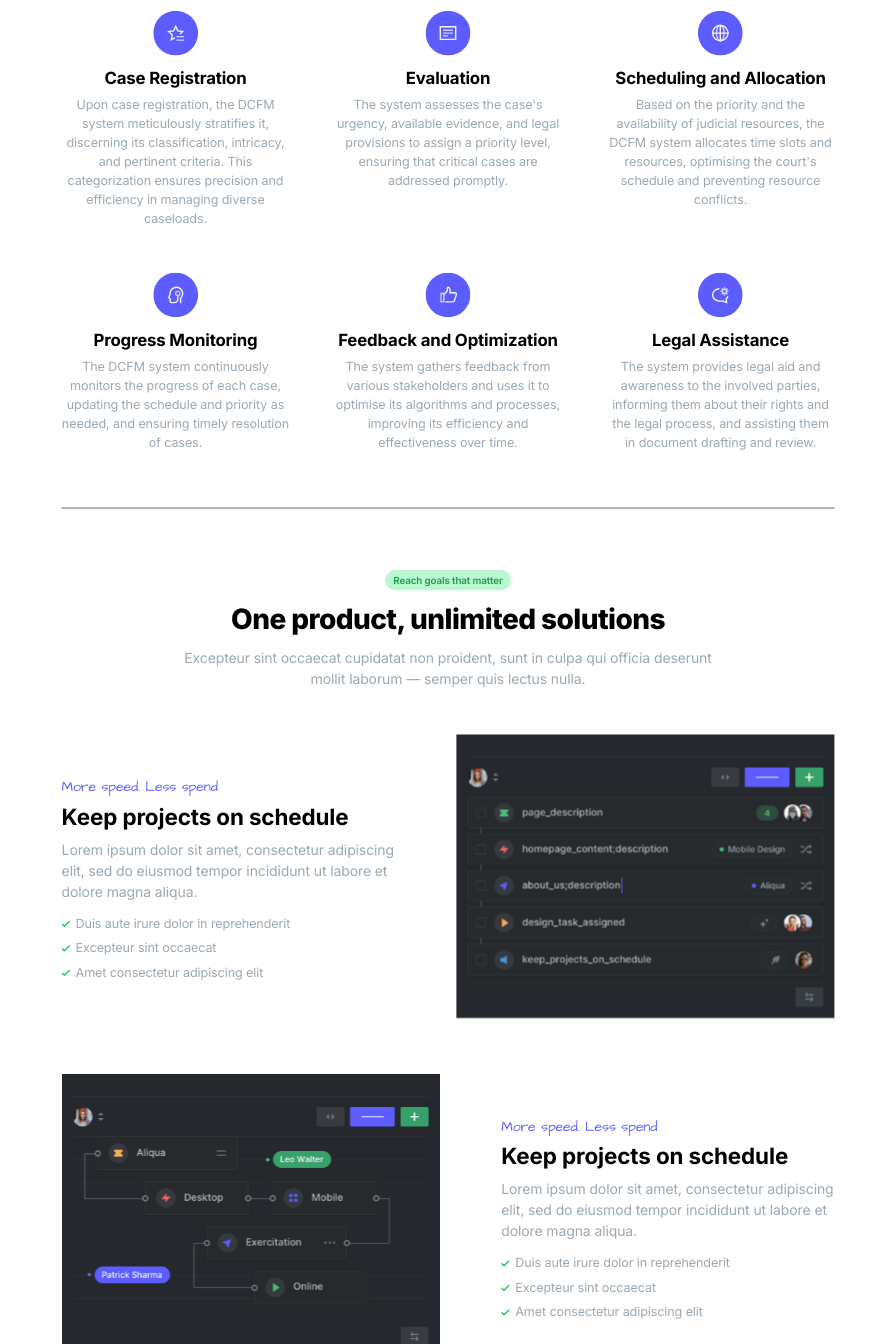
Repository: xoshiraghavx/SIH-23
Page: /
The author's editor kept a copy of each file at every save. The page is drawn from the files as they stood at one save, then again after a run of saves.
The browser window is 1280 px wide. The pictures show the part of the page from y = 1476 to 3396 px (the page is 5251 px tall before and 5224 px after), at 70% of full size.
The project was rebuilt for these pictures with package versions that can differ from the ones it lists, and the page was loaded fresh each time. The framework's server and built-in components were replaced by stand-ins that run in the browser. Also part of the build but not shown: next.config.js.

Above is the page before, as saved 2023-09-29 11:16:19.

### app/layout.tsx
import './css/style.css'

import { Inter, Architects_Daughter } from 'next/font/google'

import Header from '@/components/ui/header'
import Banner from '@/components/banner'

const inter = Inter({
  subsets: ['latin'],
  variable: '--font-inter',
  display: 'swap'
})

const architects_daughter = Architects_Daughter({
  subsets: ['latin'],
  variable: '--font-architects-daughter',
  weight: '400',
  display: 'swap'
})

export const metadata = {
  title: 'Create Next App',
  description: 'Generated by create next app',
}

export default function RootLayout({
  children,
}: {
  children: React.ReactNode
}) {
  return (
    <html lang="en">
      <body className={`${inter.variable} ${architects_daughter.variable} font-inter antialiased bg-white text-black tracking-tight`}>
        <div className="flex flex-col min-h-screen overflow-hidden">
          <Header />
          {children}
          <Banner />
        </div>
      </body>
    </html>
  )
}

### components/ui/header.tsx
import Link from 'next/link'
import MobileMenu from './mobile-menu'

export default function Header() {
  return (
    <header className="absolute w-full z-30">
      <div className="max-w-6xl mx-auto px-4 sm:px-6">
        <div className="flex items-center justify-between h-20">
          {/* Site branding */}
          <div className="shrink-0 mr-4">
            {/* Logo */}
            <Link href="/" className="block" aria-label="Cruip">
              <svg className="w-8 h-8 fill-current text-blue" viewBox="0 0 32 32" xmlns="http://www.w3.org/2000/svg">
                <path d="M31.952 14.751a260.51 260.51 0 00-4.359-4.407C23.932 6.734 20.16 3.182 16.171 0c1.634.017 3.21.28 4.692.751 3.487 3.114 6.846 6.398 10.163 9.737.493 1.346.811 2.776.926 4.262zm-1.388 7.883c-2.496-2.597-5.051-5.12-7.737-7.471-3.706-3.246-10.693-9.81-15.736-7.418-4.552 2.158-4.717 10.543-4.96 16.238A15.926 15.926 0 010 16C0 9.799 3.528 4.421 8.686 1.766c1.82.593 3.593 1.675 5.038 2.587 6.569 4.14 12.29 9.71 17.792 15.57-.237.94-.557 1.846-.952 2.711zm-4.505 5.81a56.161 56.161 0 00-1.007-.823c-2.574-2.054-6.087-4.805-9.394-4.044-3.022.695-4.264 4.267-4.97 7.52a15.945 15.945 0 01-3.665-1.85c.366-3.242.89-6.675 2.405-9.364 2.315-4.107 6.287-3.072 9.613-1.132 3.36 1.96 6.417 4.572 9.313 7.417a16.097 16.097 0 01-2.295 2.275z" />
              </svg>
            </Link>
          </div>

          {/* Desktop navigation */}
          <nav className="hidden md:flex md:grow">
            {/* Desktop sign in links */}
            <ul className="flex grow justify-end flex-wrap items-center">
              <li>
                <Link
                  href="/signin"
                  className="font-medium text-[#046A38] px-4 py-3 flex items-center transition duration-150 ease-in-out"
                >
                  Sign in
                </Link>
              </li>
              <li>
                <Link href="/signup" className="btn-sm text-white bg-[#FF671F] hover:bg-[#046A38] ml-3">
                  Sign up
                </Link>
              </li>
            </ul>
          </nav>

          <MobileMenu />

        </div>
      </div>
    </header>
  )
}

### components/banner.tsx
'use client'

import { useState } from 'react'

export default function Banner() {
  const [bannerOpen, setBannerOpen] = useState<boolean>(true)

  return (
    <>
      {bannerOpen && (
        <div className="fixed bottom-0 right-0 w-full md:bottom-8 md:right-12 md:w-auto z-50">
          <div className="bg-slate-800 text-slate-50 text-sm p-3 md:rounded shadow-lg flex justify-between">
            <div className="text-slate-500 inline-flex">
              <a
                className="font-medium hover:underline text-slate-50"
                href="https://github.com/cruip/open-react-template"
                target="_blank"
                rel="noreferrer"
              >
                Download<span className="hidden sm:inline"> on GitHub</span>
              </a>{' '}
              <span className="italic px-1.5">or</span>{' '}
              <a className="font-medium hover:underline text-emerald-400" href="https://cruip.com/open-pro/" target="_blank" rel="noreferrer">
                Check Premium Version
              </a>
            </div>
            <button className="text-slate-500 hover:text-slate-400 pl-2 ml-3 border-l border-gray-700" onClick={() => setBannerOpen(false)}>
              <span className="sr-only">Close</span>
              <svg className="w-4 h-4 shrink-0 fill-current" viewBox="0 0 16 16">
                <path d="M12.72 3.293a1 1 0 00-1.415 0L8.012 6.586 4.72 3.293a1 1 0 00-1.414 1.414L6.598 8l-3.293 3.293a1 1 0 101.414 1.414l3.293-3.293 3.293 3.293a1 1 0 001.414-1.414L9.426 8l3.293-3.293a1 1 0 000-1.414z" />
              </svg>
            </button>
          </div>
        </div>
      )}
    </>
  )
}

### components/features.tsx
export default function Features() {
  return (
    <section>
      <div className="max-w-6xl mx-auto px-4 sm:px-6">
        <div className="py-12 md:py-20">

          {/* Section header */}
          <div className="max-w-3xl mx-auto text-center pb-12 md:pb-20">
            <h2 className="h2 mb-4">The majority our customers do not understand their workflows.</h2>
            <p className="text-xl text-gray-400">Excepteur sint occaecat cupidatat non proident, sunt in culpa qui officia deserunt mollit anim id est laborum.</p>
          </div>

          {/* Items */}
          <div className="max-w-sm mx-auto grid gap-8 md:grid-cols-2 lg:grid-cols-3 lg:gap-16 items-start md:max-w-2xl lg:max-w-none" data-aos-id-blocks>

            {/* 1st item */}
            <div className="relative flex flex-col items-center" data-aos="fade-up" data-aos-anchor="[data-aos-id-blocks]">
              <svg className="w-16 h-16 mb-4" viewBox="0 0 64 64" xmlns="http://www.w3.org/2000/svg">
                <rect className="fill-current text-purple-600" width="64" height="64" rx="32" />
                <path className="stroke-current text-purple-100" d="M30 39.313l-4.18 2.197L27 34.628l-5-4.874 6.91-1.004L32 22.49l3.09 6.26L42 29.754l-3 2.924" strokeLinecap="square" strokeWidth="2" fill="none" fillRule="evenodd" />
                <path className="stroke-current text-purple-300" d="M43 42h-9M43 37h-9" strokeLinecap="square" strokeWidth="2" />
              </svg>
              <h4 className="h4 mb-2">Case Registration</h4>
              <p className="text-lg text-gray-400 text-center">Upon case registration, the DCFM system meticulously stratifies it, discerning its classification, intricacy, and pertinent criteria. This categorization ensures precision and efficiency in managing diverse caseloads.</p>
            </div>

            {/* 2nd item */}
            <div className="relative flex flex-col items-center" data-aos="fade-up" data-aos-delay="100" data-aos-anchor="[data-aos-id-blocks]">
              <svg className="w-16 h-16 mb-4" viewBox="0 0 64 64" xmlns="http://www.w3.org/2000/svg">
                <circle className="fill-current text-purple-600" cx="32" cy="32" r="32" />
                <path className="stroke-current text-purple-100" strokeWidth="2" strokeLinecap="square" d="M21 23h22v18H21z" fill="none" fillRule="evenodd" />
                <path className="stroke-current text-purple-300" d="M26 28h12M26 32h12M26 36h5" strokeWidth="2" strokeLinecap="square" />
              </svg>
              <h4 className="h4 mb-2">Evaluation</h4>
              <p className="text-lg text-gray-400 text-center">The system assesses the case's urgency, available evidence, and legal provisions to assign a priority level, ensuring that critical cases are addressed promptly.</p>
            </div>

            {/* 3rd item */}
            <div className="relative flex flex-col items-center" data-aos="fade-up" data-aos-delay="200" data-aos-anchor="[data-aos-id-blocks]">
              <svg className="w-16 h-16 mb-4" viewBox="0 0 64 64" xmlns="http://www.w3.org/2000/svg">
                <rect className="fill-current text-purple-600" width="64" height="64" rx="32" />
                <g transform="translate(21 21)" strokeLinecap="square" strokeWidth="2" fill="none" fillRule="evenodd">
                  <ellipse className="stroke-current text-purple-300" cx="11" cy="11" rx="5.5" ry="11" />
                  <path className="stroke-current text-purple-100" d="M11 0v22M0 11h22" />
                  <circle className="stroke-current text-purple-100" cx="11" cy="11" r="11" />
                </g>
              </svg>
              <h4 className="h4 mb-2">Scheduling and Allocation</h4>
              <p className="text-lg text-gray-400 text-center">Based on the priority and the availability of judicial resources, the DCFM system allocates time slots and resources, optimising the court's schedule and preventing resource conflicts.</p>
            </div>

            {/* 4th item */}
            <div className="relative flex flex-col items-center" data-aos="fade-up" data-aos-delay="300" data-aos-anchor="[data-aos-id-blocks]">
              <svg className="w-16 h-16 mb-4" viewBox="0 0 64 64" xmlns="http://www.w3.org/2000/svg">
                <rect className="fill-current text-purple-600" width="64" height="64" rx="32" />
                <g transform="translate(22 21)" strokeLinecap="square" strokeWidth="2" fill="none" fillRule="evenodd">
                  <path className="stroke-current text-purple-100" d="M17 22v-6.3a8.97 8.97 0 003-6.569A9.1 9.1 0 0011.262 0 9 9 0 002 9v1l-2 5 2 1v4a2 2 0 002 2h4a5 5 0 005-5v-5" />
                  <circle className="stroke-current text-purple-300" cx="13" cy="9" r="3" />
                </g>
              </svg>
              <h4 className="h4 mb-2">Progress Monitoring</h4>
              <p className="text-lg text-gray-400 text-center">The DCFM system continuously monitors the progress of each case, updating the schedule and priority as needed, and ensuring timely resolution of cases.</p>
            </div>

            {/* 5th item */}
            <div className="relative flex flex-col items-center" data-aos="fade-up" data-aos-delay="400" data-aos-anchor="[data-aos-id-blocks]">
              <svg className="w-16 h-16 mb-4" viewBox="0 0 64 64" xmlns="http://www.w3.org/2000/svg">
                <rect className="fill-current text-purple-600" width="64" height="64" rx="32" />
                <g strokeLinecap="square" strokeWidth="2" fill="none" fillRule="evenodd">
                  <path className="stroke-current text-purple-100" d="M29 42h10.229a2 2 0 001.912-1.412l2.769-9A2 2 0 0042 29h-7v-4c0-2.373-1.251-3.494-2.764-3.86a1.006 1.006 0 00-1.236.979V26l-5 6" />
                  <path className="stroke-current text-purple-300" d="M22 30h4v12h-4z" />
                </g>
              </svg>
              <h4 className="h4 mb-2">Feedback and Optimization</h4>
              <p className="text-lg text-gray-400 text-center">The system gathers feedback from various stakeholders and uses it to optimise its algorithms and processes, improving its efficiency and effectiveness over time.</p>
            </div>

            {/* 6th item */}
            <div className="relative flex flex-col items-center" data-aos="fade-up" data-aos-delay="500" data-aos-anchor="[data-aos-id-blocks]">
              <svg className="w-16 h-16 mb-4" viewBox="0 0 64 64" xmlns="http://www.w3.org/2000/svg">
                <rect className="fill-current text-purple-600" width="64" height="64" rx="32" />
                <g transform="translate(21 22)" strokeLinecap="square" strokeWidth="2" fill="none" fillRule="evenodd">
                  <path className="stroke-current text-purple-300" d="M17 2V0M19.121 2.879l1.415-1.415M20 5h2M19.121 7.121l1.415 1.415M17 8v2M14.879 7.121l-1.415 1.415M14 5h-2M14.879 2.879l-1.415-1.415" />
                  <circle className="stroke-current text-purple-300" cx="17" cy="5" r="3" />
                  <path className="stroke-current text-purple-100" d="M8.86 1.18C3.8 1.988 0 5.6 0 10c0 5 4.9 9 11 9a10.55 10.55 0 003.1-.4L20 21l-.6-5.2a9.125 9.125 0 001.991-2.948" />
                </g>
              </svg>
              <h4 className="h4 mb-2">Legal Assistance</h4>
              <p className="text-lg text-gray-400 text-center">The system provides legal aid and awareness to the involved parties, informing them about their rights and the legal process, and assisting them in document drafting and review.</p>
            </div>

          </div>

        </div>
      </div>
    </section>
  )
}

### app/css/additional-styles/utility-patterns.css
/* Typography */
.h1 {
    @apply text-4xl font-extrabold leading-tight tracking-tighter;
}

.h2 {
    @apply text-3xl font-extrabold leading-tight tracking-tighter;
}

.h3 {
    @apply text-3xl font-bold leading-tight;
}

.h4 {
    @apply text-2xl font-bold leading-snug tracking-tight;
}

@screen md {
    .h1 {
        @apply text-5xl;
    }

    .h2 {
        @apply text-4xl;
    }
}

/* Buttons */
.btn,
.btn-sm {
    @apply font-medium inline-flex items-center justify-center border border-transparent rounded-sm leading-snug transition duration-150 ease-in-out;
}

.btn {
    @apply px-8 py-3;
}

.btn-sm {
    @apply px-4 py-2;
}

/* Forms */
.form-input,
.form-textarea,
.form-multiselect,
.form-select,
.form-checkbox,
.form-radio {
    @apply bg-transparent border border-gray-700 focus:border-gray-500;
}

.form-input,
.form-textarea,
.form-multiselect,
.form-select,
.form-checkbox {
    @apply rounded-sm;
}

.form-input,
.form-textarea,
.form-multiselect,
.form-select {
    @apply py-3 px-4;
}

.form-input,
.form-textarea {
    @apply placeholder-gray-500;
}

.form-select {
    @apply pr-10;
}

.form-checkbox,
.form-radio {
    @apply text-purple-600;
}

### app/css/additional-styles/range-slider.css
/* Range slider */
:root {
    --range-thumb-size: 36px;
}

input[type=range] {
    appearance: none;
    background: #ccc;
    border-radius: 3px;
    height: 6px;
    margin-top: (--range-thumb-size - 6px) * 0.5;
    margin-bottom: (--range-thumb-size - 6px) * 0.5;
    --thumb-size: #{--range-thumb-size};
}

input[type=range]::-webkit-slider-thumb {
    appearance: none;
    -webkit-appearance: none;
    background-color: #000;
    background-image: url("data:[embedded picture, 172 characters]");
    background-position: center;
    background-repeat: no-repeat;
    border: 0;
    border-radius: 50%;
    cursor: pointer;
    height: --range-thumb-size;
    width: --range-thumb-size;
}

input[type=range]::-moz-range-thumb {
    background-color: #000;
    background-image: url("data:[embedded picture, 172 characters]");
    background-position: center;
    background-repeat: no-repeat;
    border: 0;
    border: none;
    border-radius: 50%;
    cursor: pointer;
    height: --range-thumb-size;
    width: --range-thumb-size;
}

input[type=range]::-ms-thumb {
    background-color: #000;
    background-image: url("data:[embedded picture, 172 characters]");
    background-position: center;
    background-repeat: no-repeat;
    border: 0;
    border-radius: 50%;
    cursor: pointer;
    height: --range-thumb-size;
    width: --range-thumb-size;
}

input[type=range]::-moz-focus-outer {
    border: 0;
}

### components/ui/mobile-menu.tsx
'use client'

import { useState, useRef, useEffect } from 'react'
import Link from 'next/link'

export default function MobileMenu() {
  const [mobileNavOpen, setMobileNavOpen] = useState<boolean>(false)

  const trigger = useRef<HTMLButtonElement>(null)
  const mobileNav = useRef<HTMLDivElement>(null)

  // close the mobile menu on click outside
  useEffect(() => {
    const clickHandler = ({ target }: { target: EventTarget | null }): void => {
      if (!mobileNav.current || !trigger.current) return;
      if (!mobileNavOpen || mobileNav.current.contains(target as Node) || trigger.current.contains(target as Node)) return;
      setMobileNavOpen(false)
    };
    document.addEventListener('click', clickHandler)
    return () => document.removeEventListener('click', clickHandler)
  })

  // close the mobile menu if the esc key is pressed
  useEffect(() => {
    const keyHandler = ({ keyCode }: { keyCode: number }): void => {
      if (!mobileNavOpen || keyCode !== 27) return;
      setMobileNavOpen(false)
    };
    document.addEventListener('keydown', keyHandler)
    return () => document.removeEventListener('keydown', keyHandler)
  })

  return (
    <div className="md:hidden">
      {/* Hamburger button */}
      <button
        ref={trigger}
        className={`hamburger ${mobileNavOpen && 'active'}`}
        aria-controls="mobile-nav"
        aria-expanded={mobileNavOpen}
        onClick={() => setMobileNavOpen(!mobileNavOpen)}
      >
        <span className="sr-only">Menu</span>
        <svg
          className="w-6 h-6 fill-current text-[#FF671F] transition duration-150 ease-in-out"
          viewBox="0 0 24 24"
          xmlns="http://www.w3.org/2000/svg"
        >
          <rect y="4" width="24" height="2" rx="1" />
          <rect y="11" width="24" height="2" rx="1" />
          <rect y="18" width="24" height="2" rx="1" />
        </svg>
      </button>

      {/*Mobile navigation */}
      <nav
        id="mobile-nav"
        ref={mobileNav}
        className="absolute top-full z-20 left-0 w-full px-4 sm:px-6 overflow-hidden transition-all duration-300 ease-in-out"
        style={mobileNavOpen ? { maxHeight: mobileNav.current?.scrollHeight, opacity: 1 } : { maxHeight: 0, opacity: 0.8 }}
      >
        <ul className="bg-gray-800 px-4 py-2">
          <li>
            <Link href="/signin" className="flex font-medium w-full text-purple-600 hover:text-gray-200 py-2 justify-center" onClick={() => setMobileNavOpen(false)}>
              Sign in
            </Link>
          </li>
          <li>
            <Link
              href="/signup"
              className="font-medium w-full inline-flex items-center justify-center border border-transparent px-4 py-2 my-2 rounded-sm text-white bg-purple-600 hover:bg-purple-700 transition duration-150 ease-in-out" onClick={() => setMobileNavOpen(false)}
            >
              Sign up
            </Link>
          </li>
        </ul>
      </nav>
    </div>
  )
}

### components/modal-video.tsx
'use client'

import { useState, useRef, Fragment } from 'react'
import type { StaticImageData } from 'next/image'
import { Dialog, Transition } from '@headlessui/react'
import Image from 'next/image'

interface ModalVideoProps {
  thumb: StaticImageData
  thumbWidth: number
  thumbHeight: number
  thumbAlt: string
  video: string
  videoWidth: number
  videoHeight: number
}

export default function ModalVideo({
  thumb,
  thumbWidth,
  thumbHeight,
  thumbAlt,
  video,
  videoWidth,
  videoHeight,
}: ModalVideoProps) {
  const [modalOpen, setModalOpen] = useState<boolean>(false)
  const videoRef = useRef<HTMLVideoElement>(null)

  return (
    <div>

      {/* Video thumbnail */}
      <div>
        <div className="relative flex justify-center items-center" data-aos="fade-up" data-aos-delay="200">
          <Image src={thumb} width={thumbWidth} height={thumbHeight} alt={thumbAlt} />
          <button className="absolute group" onClick={() => { setModalOpen(true) }} aria-label="Watch the video">
            <svg className="w-16 h-16 sm:w-20 sm:h-20 hover:opacity-75 transition duration-150 ease-in-out" viewBox="0 0 88 88" xmlns="http://www.w3.org/2000/svg">
              <defs>
                <linearGradient x1="78.169%" y1="9.507%" x2="24.434%" y2="90.469%" id="a">
                  <stop stopColor="#EBF1F5" stopOpacity=".8" offset="0%" />
                  <stop stopColor="#EBF1F5" offset="100%" />
                </linearGradient>
              </defs>
              <circle fill="url(#a)" cx="44" cy="44" r="44" />
              <path className="fill-current text-[#FF671F]" d="M52 44a.999.999 0 00-.427-.82l-10-7A1 1 0 0040 37V51a.999.999 0 001.573.82l10-7A.995.995 0 0052 44V44c0 .001 0 .001 0 0z" />
            </svg>
          </button>
        </div>
      </div>
      {/* End: Video thumbnail */}

      <Transition show={modalOpen} as={Fragment} afterEnter={() => videoRef.current?.play()}>
        <Dialog initialFocus={videoRef} onClose={() => setModalOpen(false)}>

          {/* Modal backdrop */}
          <Transition.Child
            className="fixed inset-0 z-[99999] bg-black bg-opacity-75 transition-opacity"
            enter="transition ease-out duration-200"
            enterFrom="opacity-0"
            enterTo="opacity-100"
            leave="transition ease-out duration-100"
            leaveFrom="opacity-100"
            leaveTo="opacity-0"
            aria-hidden="true"
          />
          {/* End: Modal backdrop */}

          {/* Modal dialog */}
          <Transition.Child
            className="fixed inset-0 z-[99999] overflow-hidden flex items-center justify-center transform px-4 sm:px-6"
            enter="transition ease-out duration-200"
            enterFrom="opacity-0 scale-95"
            enterTo="opacity-100 scale-100"
            leave="ttransition ease-out duration-200"
            leaveFrom="oopacity-100 scale-100"
            leaveTo="opacity-0 scale-95"
          >
            <div className="max-w-6xl mx-auto h-full flex items-center">
              <Dialog.Panel className="w-full max-h-full aspect-video bg-black overflow-hidden">
                <video ref={videoRef} width={videoWidth} height={videoHeight} loop controls>
                  <source src={video} type="video/mp4" />
                  Your browser does not support the video tag.
                </video>
              </Dialog.Panel>
            </div>
          </Transition.Child>
          {/* End: Modal dialog */}

        </Dialog>
      </Transition>

    </div>
  )
}

Loaded but not shown: app/(default)/layout.tsx (common file); app/(default)/page.tsx (common file); app/css/style.css (common file); app/css/additional-styles/toggle-switch.css (common file); tailwind.config.js (common file); components/page-illustration.tsx (18 lines, source omitted); components/newsletter.tsx (47 lines, source omitted); components/hero.tsx (56 lines, source omitted); components/ui/footer.tsx (146 lines, source omitted); components/zigzag.tsx (137 lines, source omitted); components/testimonials.tsx (76 lines, source omitted); app/css/additional-styles/theme.css (152 lines, source omitted)

After the next 2 saves:
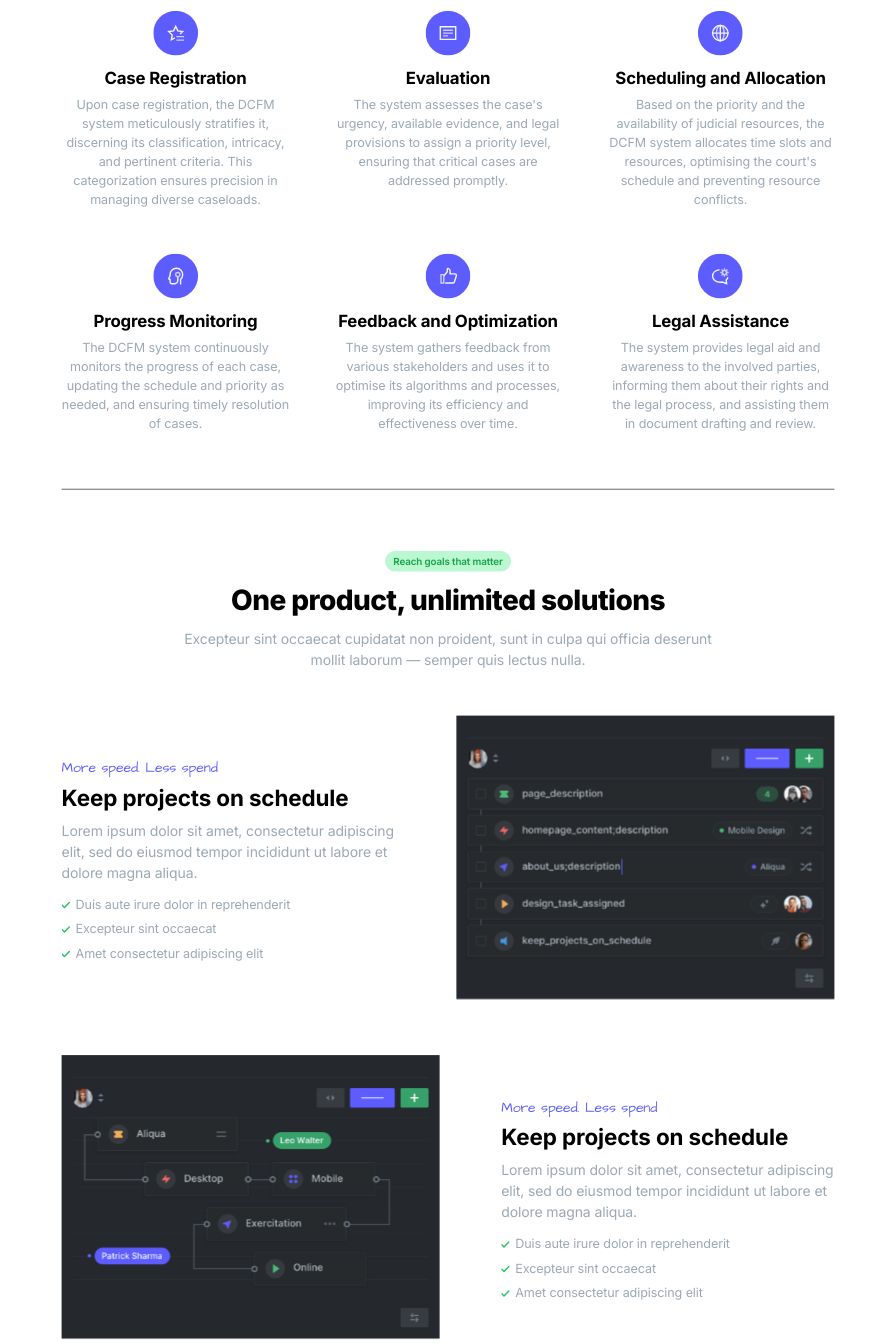
The 2 saves are shown as one change because they came seconds apart.
The last was saved 66 s later.
--- a/components/features.tsx
+++ b/components/features.tsx
@@ -21,7 +21,7 @@ export default function Features() {
                 <path className="stroke-current text-purple-300" d="M43 42h-9M43 37h-9" strokeLinecap="square" strokeWidth="2" />
               </svg>
               <h4 className="h4 mb-2">Case Registration</h4>
-              <p className="text-lg text-gray-400 text-center">Upon case registration, the DCFM system meticulously stratifies it, discerning its classification, intricacy, and pertinent criteria. This categorization ensures precision and efficiency in managing diverse caseloads.</p>
+              <p className="text-lg text-gray-400 text-center">Upon case registration, the DCFM system meticulously stratifies it, discerning its classification, intricacy, and pertinent criteria. This categorization ensures precision in managing diverse caseloads.</p>
             </div>
 
             {/* 2nd item */}
